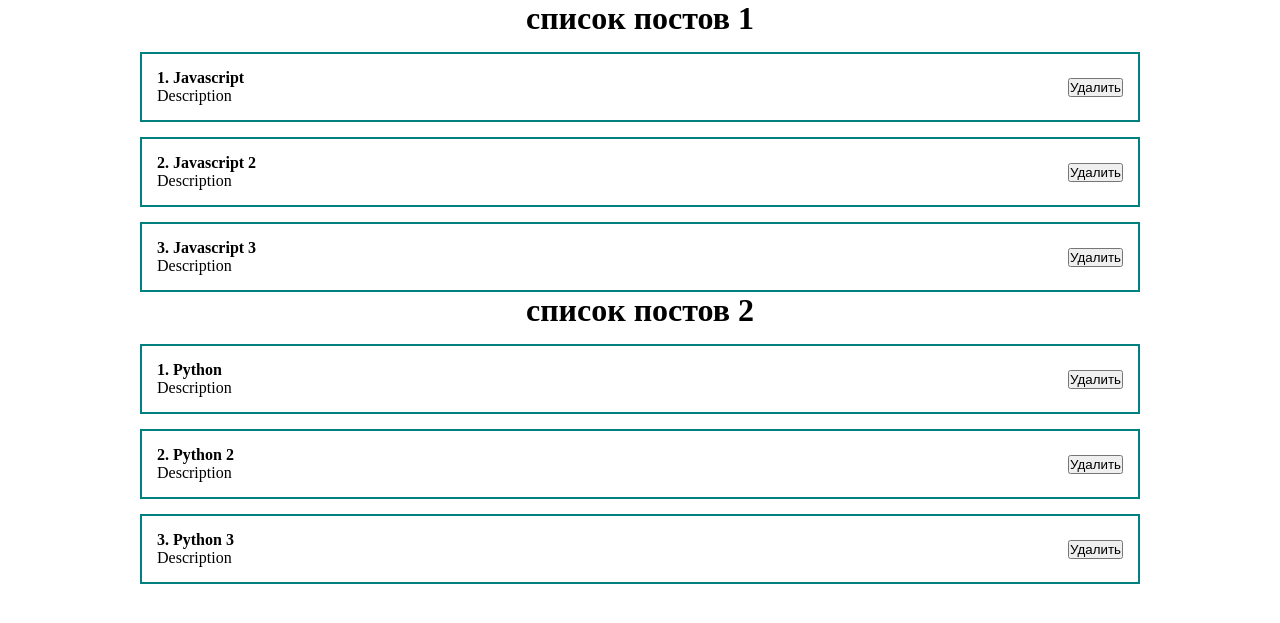
Repository: otvertka/ulb
Page: /
An editor plug-in stored every save of this project. The page is shown before and after the next save, followed by the edit.
The browser window is 1280 px wide. The pictures show the whole page.
The project was rebuilt for these pictures with package versions that can differ from the ones it lists, and the page was loaded fresh each time. Also part of the build but not shown: src/components/Counter.jsx, src/components/ClassCounter.jsx.

Above is the page before, as saved 2023-06-10 13:30:00.

After the next save:
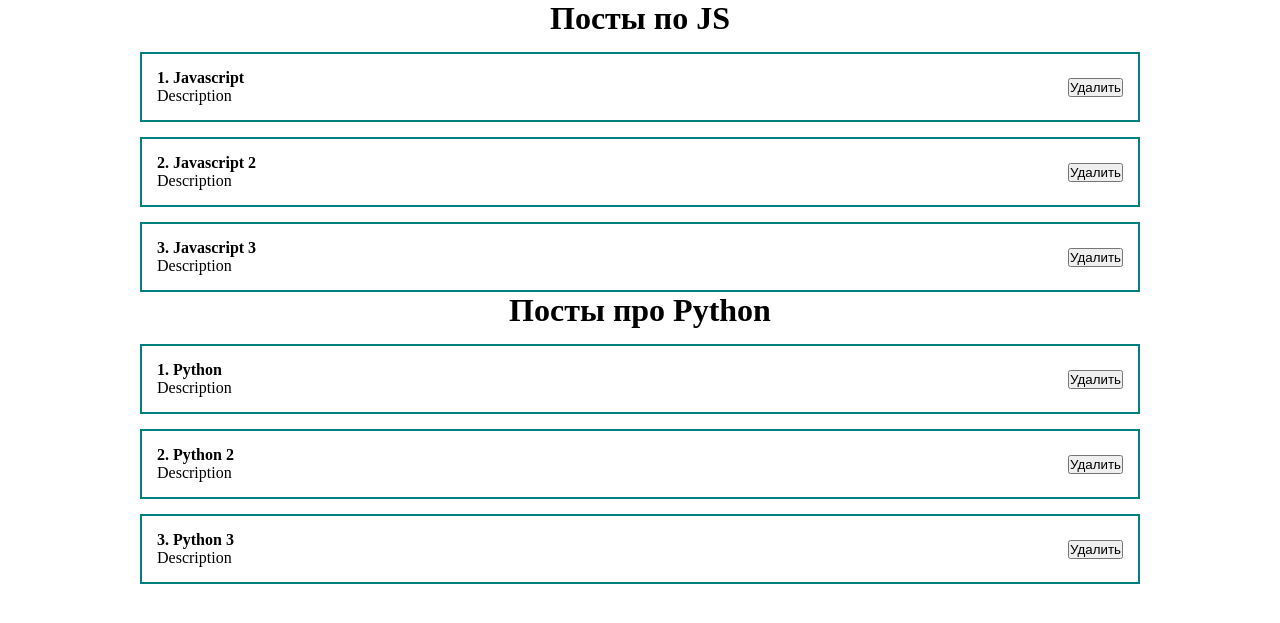
Saved 75 s later.
--- a/src/App.js
+++ b/src/App.js
@@ -19,8 +19,8 @@ function App() {
   // импортируем компонент
   return (
     <div className="App">
-      <PostList posts={posts} title="список постов 1" />
-      <PostList posts={posts2} title="список постов 2" />
+      <PostList posts={posts} title="Посты по JS" />
+      <PostList posts={posts2} title="Посты про Python" />
     </div>
   );
 }
